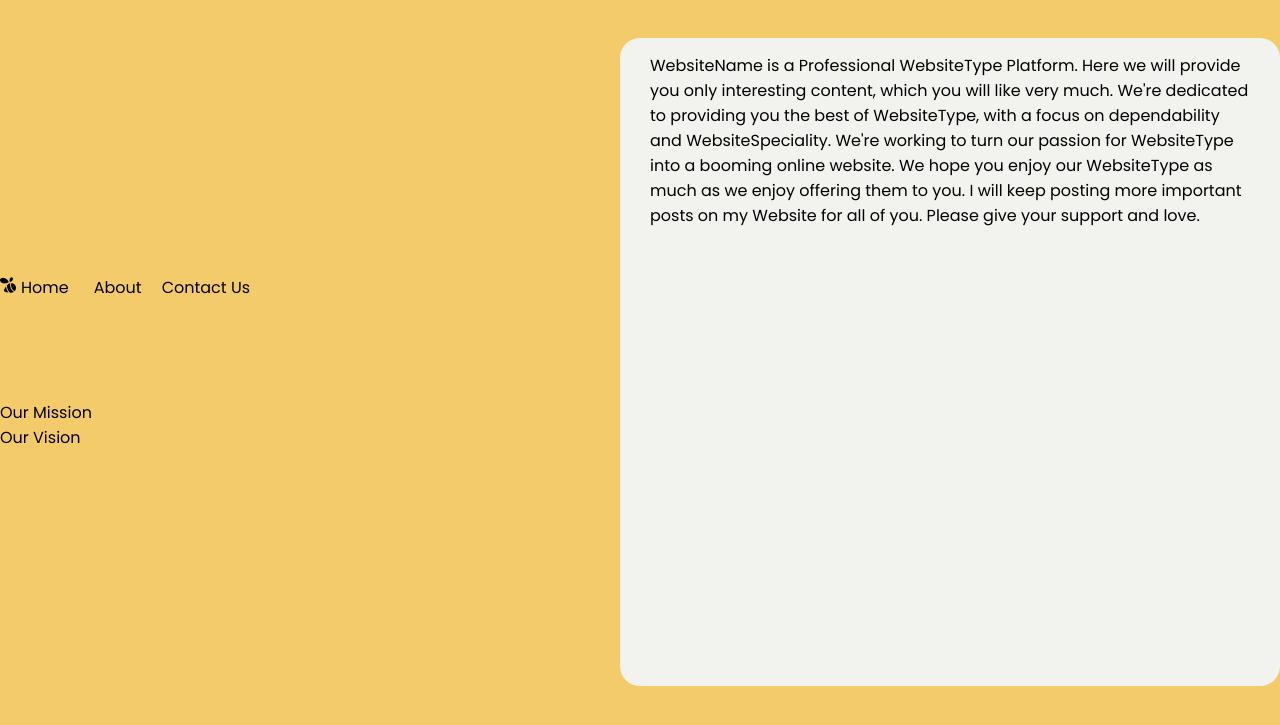
Repository: ble-syn/Random-user-generator-app
Page: /about
The author's editor kept a copy of each file at every save. The page is drawn from the files as they stood at one save, then again after the next save.
The browser window is 1280 px wide. The pictures show the whole page.
The project was rebuilt for these pictures with package versions that can differ from the ones it lists, and the page was loaded fresh each time. Also part of the build but not shown: src/components/pagination.jsx, src/components/ErrorFallback.jsx, src/components/User.jsx, src/pages/Home.jsx, src/pages/Policy.jsx, src/pages/Terms.jsx, src/pages/Contact.jsx, src/pages/NotFound.jsx.

Above is the page before, as saved 2022-10-28 18:48:34.

After the next save:
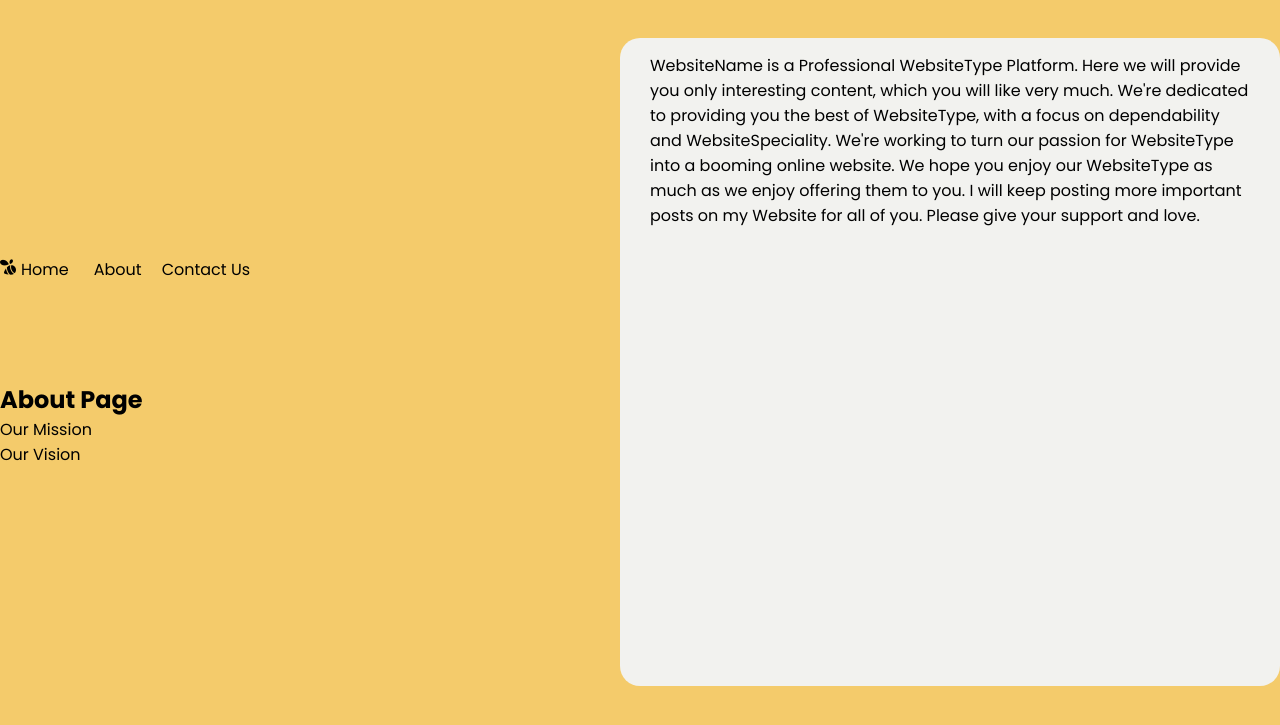
Saved 22 s later.
--- a/src/pages/About.jsx
+++ b/src/pages/About.jsx
@@ -10,6 +10,7 @@ function About() {
       <div className="home-container">
         <div id="left">
           <Navbar />
+          <h2>About Page</h2>
           <ul>
             <li>
               <Link to="/about/policy">Our Mission</Link>
